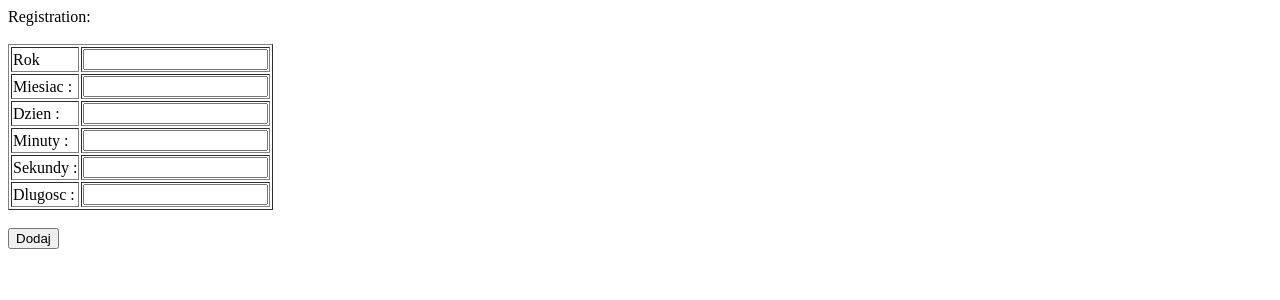
Repository: zlenyk/wrzucak
Page: Shop/WebContent/addTraining.html
These files come from the project's save history. The page is drawn as it stood at one moment and after the next save; the edit follows.
The browser window is 1280 px wide. The pictures show the whole page.

Above is the page before, as saved 2013-09-24 09:17:42.

After the next save:
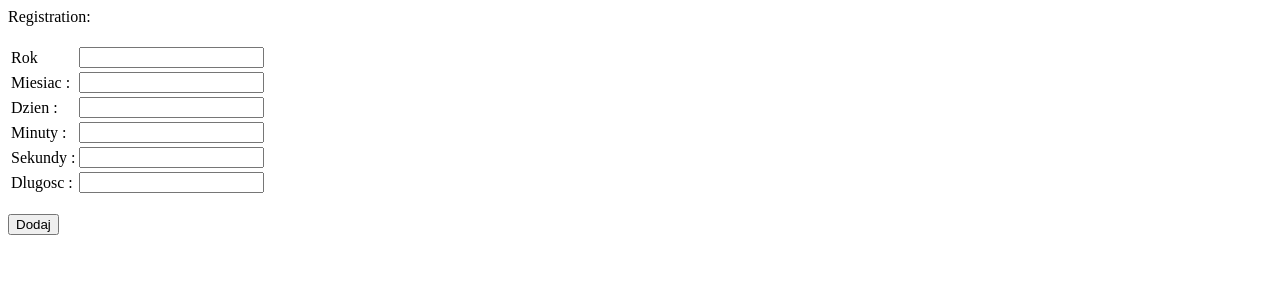
Saved 5 min 11 s later.
--- a/Shop/WebContent/addTraining.html
+++ b/Shop/WebContent/addTraining.html
@@ -8,26 +8,28 @@
 <body>
   <form method="POST" action="http://localhost:8080/Shop/AddTraining">
     Registration:<br /><br />
-    <table border = 1>
-    	<tr>
-    		<td>Rok</td> <td><input type="text" name="year" /></td>
-    	</tr>
-    	<tr>
-    		<td>Miesiac :</td> <td><input type="text" name="month" /></td>
-    	</tr>
-    	<tr>
-    		<td>Dzien :</td> <td><input type="text" name="day" /></td>
-    	</tr>
-    	<tr>
-    		<td>Minuty :</td> <td><input type="text" name="minutes" /></td>
-    	</tr>
-    	<tr>
-    		<td>Sekundy :</td> <td><input type="text" name="seconds" /></td>
-    	</tr>
-    	<tr>
-    		<td>Dlugosc :</td> <td><input type="text" name="length" /></td>
-    	</tr>
-    </table>
+    <div class="CSSTableGenerator" >
+	    <table>
+	    	<tr>
+	    		<td>Rok</td> <td><input type="text" name="year" /></td>
+	    	</tr>
+	    	<tr>
+	    		<td>Miesiac :</td> <td><input type="text" name="month" /></td>
+	    	</tr>
+	    	<tr>
+	    		<td>Dzien :</td> <td><input type="text" name="day" /></td>
+	    	</tr>
+	    	<tr>
+	    		<td>Minuty :</td> <td><input type="text" name="minutes" /></td>
+	    	</tr>
+	    	<tr>
+	    		<td>Sekundy :</td> <td><input type="text" name="seconds" /></td>
+	    	</tr>
+	    	<tr>
+	    		<td>Dlugosc :</td> <td><input type="text" name="length" /></td>
+	    	</tr>
+	    </table>
+    </div>
     <br />
     <input type="submit" value="Dodaj" />
   </form>
